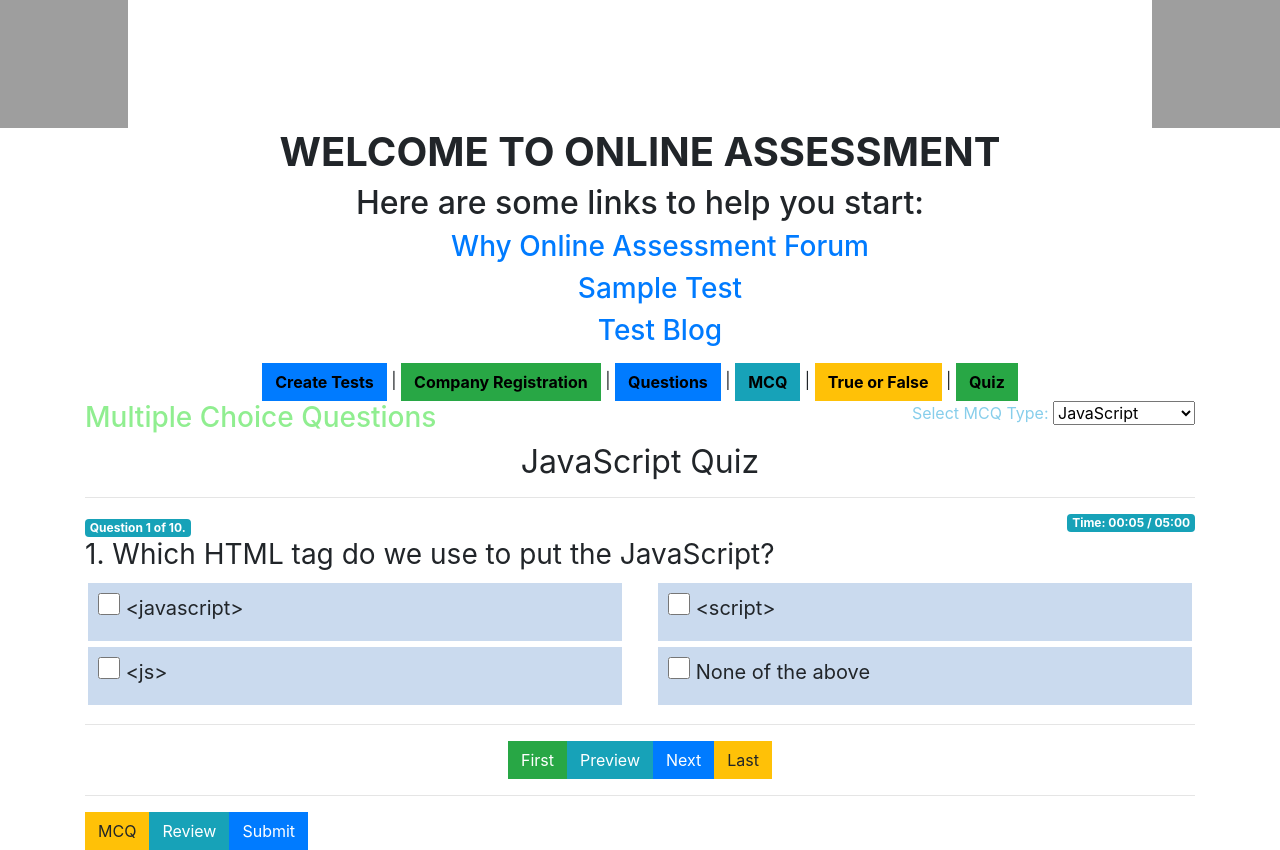
Repository: 2016272041/Online-Ass-Test1-
Page: /
An editor plug-in stored every save of this project. The page is shown before and after the next save, followed by the edit.
The browser window is 1280 px wide. The pictures show the whole page.
Pictures or frames that could not be fetched are drawn as grey boxes. The project was rebuilt for these pictures with package versions that can differ from the ones it lists, and the page was loaded fresh each time. Also part of the build but not shown: angular.json.

Above is the page before, as saved 2019-07-23 17:33:46.

After the next save:
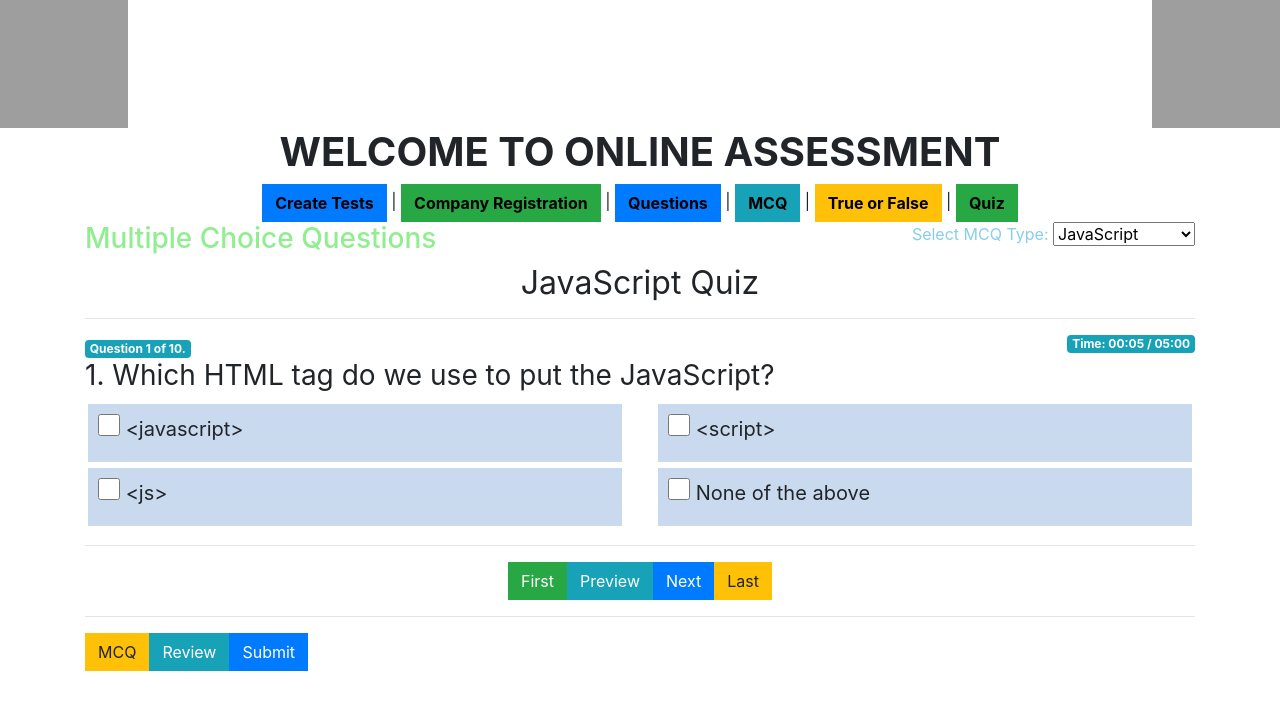
Saved 17 s later.
--- a/src/app/app.component.html
+++ b/src/app/app.component.html
@@ -9,18 +9,7 @@
     <b>WELCOME TO ONLINE ASSESSMENT</b>
   </h1>
   </div>
-<div style="text-align:center">
-<div style ="text-decoration-color: aqua">
-<h2> Here are some links to help you start: </h2>
-<ul>
-    <h3><a target="_blank" rel="noopener" href="https://en.wikipedia.org/wiki/Online_employment_screening_tests">Why Online Assessment Forum</a></h3>
 
-    <h3><a target="_blank" rel="noopener" href="http://www.praccreditation.org/resources/aprdemo/index.htm">Sample Test</a></h3>
-
-    <h3><a target="_blank" rel="noopener" href="https://blog.angular.io/">Test Blog</a></h3>
-</ul>
-</div>
-</div>
 <div style="text-align: center">
 <div class="container">
     <button type="button" class="btn btn-primary"><a routerLink="cre-tests" routerLinkActive="active"><b><font color="black">Create Tests</font></b></a></button> |
